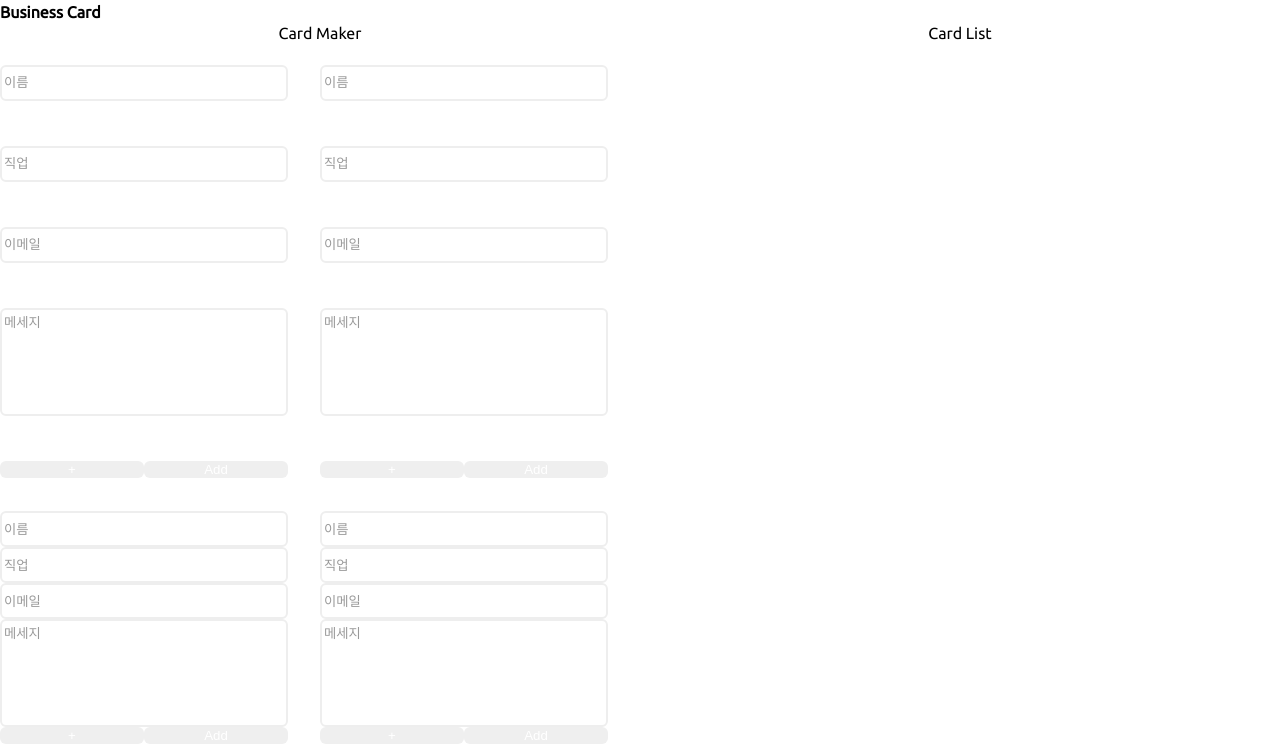
Repository: momo0170/react_businesscard
Page: /main
The author's editor kept a copy of each file at every save. The page is drawn from the files as they stood at one save, then again after the next save.
The browser window is 1280 px wide. The pictures show the whole page.
The page's requests for data from a server got no answer. The project was rebuilt for these pictures with package versions that can differ from the ones it lists, and the page was loaded fresh each time. No one was signed in, and anything a server would have sent is missing. Also part of the build but not shown: src/css/login.module.css, src/route/login.jsx.

Above is the page before, as saved 2022-08-14 22:35:42.

After the next save:
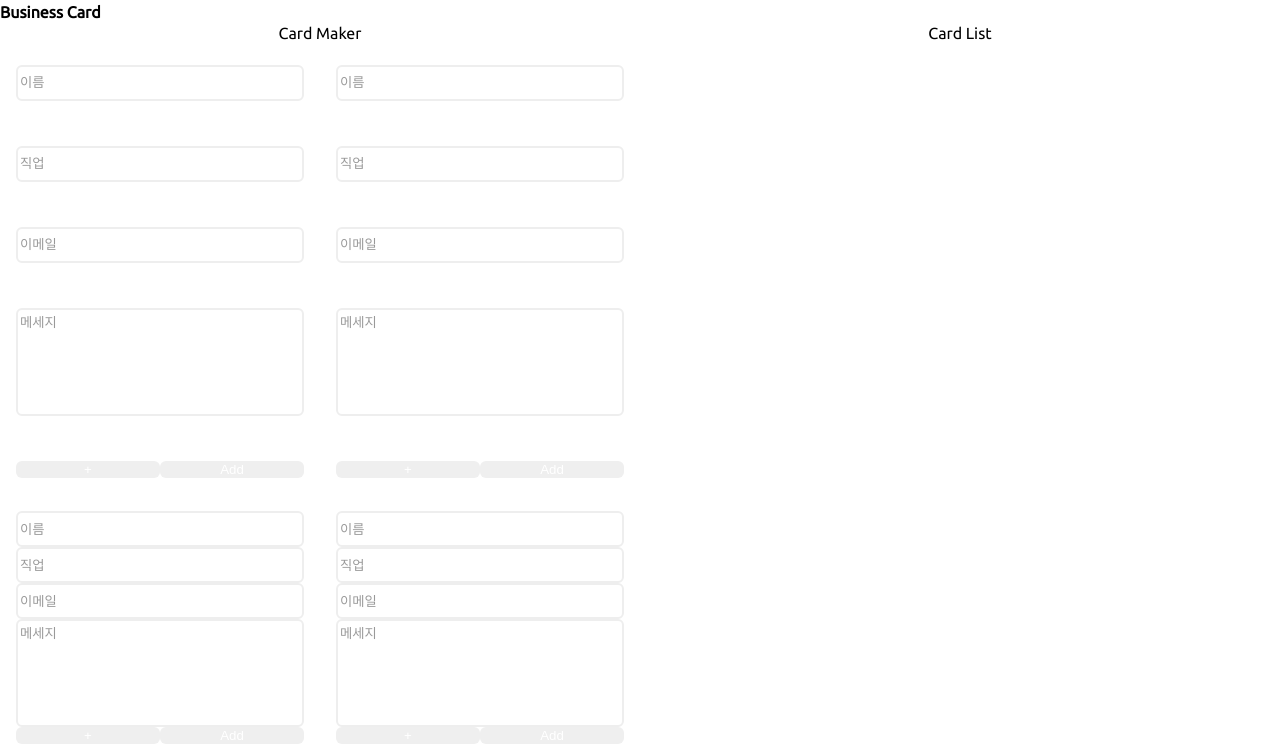
Saved 7 s later.
--- a/src/css/main.module.css
+++ b/src/css/main.module.css
@@ -57,7 +57,7 @@
   display: grid;
   grid-template-columns: repeat(auto-fill, 50%);
   grid-template-rows: repeat(auto-fill, minmax(400px, 500px));
-  justify-content: center;
+  justify-items: center;
   overflow: auto;
   row-gap: 10px;
 }
